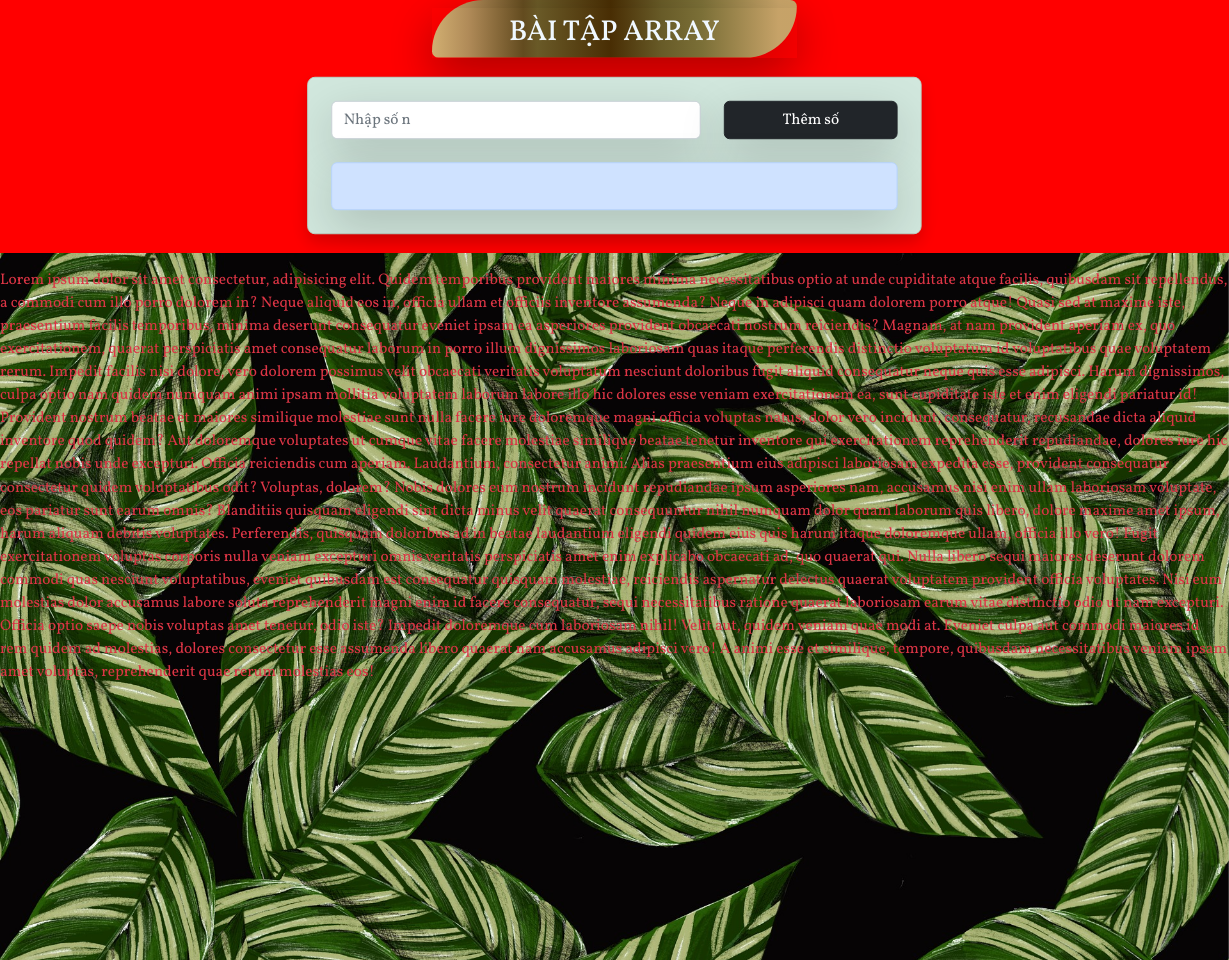
Repository: hcozyph/TranHuuPhuoc_BC43_BT_JS_Buoi7_8_ARRAY
Page: index.html
The author's editor kept a copy of each file at every save. The page is drawn from the files as they stood at one save, then again after the next save.
The browser window is 1280 px wide. The pictures show the whole page, at 96% of full size.

Above is the page before, as saved 2023-02-20 23:03:13.

### index.html
<!DOCTYPE html>
<html lang="en">
    <head>
        <title>BT Array</title>
        <!-- Required meta tags -->
        <meta charset="utf-8" />
        <meta
            name="viewport"
            content="width=device-width, initial-scale=1, shrink-to-fit=no"
        />
        <!-- font -->
        <link rel="preconnect" href="https://fonts.googleapis.com" />
        <link rel="preconnect" href="https://fonts.gstatic.com" crossorigin />
        <link
            href="https://fonts.googleapis.com/css2?family=Fraunces:ital,opsz,wght@0,9..144,600;0,9..144,700;1,9..144,300;1,9..144,400;1,9..144,500;1,9..144,600;1,9..144,700;1,9..144,800&family=Vollkorn:ital,wght@0,400;0,500;0,600;0,700;0,800;0,900;1,400;1,500;1,600;1,700;1,800;1,900&display=swap"
            rel="stylesheet"
        />
        <!-- Bootstrap CSS v5.2.1 -->
        <link
            href="https://cdn.jsdelivr.net/npm/bootstrap@5.2.1/dist/css/bootstrap.min.css"
            rel="stylesheet"
            integrity="sha384-iYQeCzEYFbKjA/T2uDLTpkwGzCiq6soy8tYaI1GyVh/UjpbCx/TYkiZhlZB6+fzT"
            crossorigin="anonymous"
        />

        <!-- index.css -->
        <link rel="stylesheet" href="./css/index.css" />
    </head>

    <body>
        <div class="container">
            <div class="bt-array-top">
                <div class="bt-array-title pt-2 shadow-lg">
                    <h1
                        class="text-center shadow-lg p-2"
                        ;
                        style="font-size: 30px"
                    >
                        BÀI TẬP ARRAY
                    </h1>
                </div>

                <div
                    id="mainArray"
                    class="alert alert-success w-50 text-center d-block rounded-3 shadow p-4"
                    style="margin: 20px auto"
                >
                    <div class="row row-cols-3">
                        <div class="col-8">
                            <input
                                id="user-input"
                                type="number"
                                class="form-control shadow-lg py-2"
                                placeholder="Nhập số n"
                                style="height: 100%"
                            />
                        </div>
                        <div class="col">
                            <button
                                id="user-btn"
                                class="btn btn-dark shadow-lg"
                                style="height: 100%; width: 100%"
                            >
                                Thêm số
                            </button>
                        </div>
                    </div>

                    <div class="row mt-4">
                        <div class="col">
                            <div
                                id="user-array"
                                class="alert alert-primary shadow-lg m-0 p-4"
                            ></div>
                        </div>
                    </div>
                </div>
            </div>

            <div class="bt-array-content">
                <div class="text-danger">
                    Lorem ipsum dolor sit amet consectetur, adipisicing elit.
                    Quidem temporibus provident maiores minima necessitatibus
                    optio at unde cupiditate atque facilis, quibusdam sit
                    repellendus, a commodi cum illo porro dolorem in? Neque
                    aliquid eos in, officia ullam et officiis inventore
                    assumenda? Neque in adipisci quam dolorem porro atque! Quasi
                    sed at maxime iste, praesentium facilis temporibus, minima
                    deserunt consequatur eveniet ipsam ea asperiores provident
                    obcaecati nostrum reiciendis? Magnam, at nam provident
                    aperiam ex, quo exercitationem, quaerat perspiciatis amet
                    consequatur laborum in porro illum dignissimos laboriosam
                    quas itaque perferendis distinctio voluptatum id
                    voluptatibus quae voluptatem rerum. Impedit facilis nisi
                    dolore, vero dolorem possimus velit obcaecati veritatis
                    voluptatum nesciunt doloribus fugit aliquid consequatur
                    neque quis esse adipisci. Harum dignissimos, culpa optio nam
                    quidem numquam animi ipsam mollitia voluptatem laborum
                    labore illo hic dolores esse veniam exercitationem ea, sunt
                    cupiditate iste et enim eligendi pariatur id! Provident
                    nostrum beatae et maiores similique molestiae sunt nulla
                    facere iure doloremque magni officia voluptas natus, dolor
                    vero incidunt, consequatur, recusandae dicta aliquid
                    inventore quod quidem? Aut doloremque voluptates ut cumque
                    vitae facere molestiae similique beatae tenetur inventore
                    qui exercitationem reprehenderit repudiandae, dolores iure
                    hic repellat nobis unde excepturi. Officia reiciendis cum
                    aperiam. Laudantium, consectetur animi. Alias praesentium
                    eius adipisci laboriosam expedita esse, provident
                    consequatur consectetur quidem voluptatibus odit? Voluptas,
                    dolorem? Nobis dolores eum nostrum incidunt repudiandae
                    ipsum asperiores nam, accusamus nisi enim ullam laboriosam
                    voluptate, eos pariatur sunt earum omnis? Blanditiis
                    quisquam eligendi sint dicta minus velit quaerat
                    consequuntur nihil numquam dolor quam laborum quis libero,
                    dolore maxime amet ipsum, harum aliquam debitis voluptates.
                    Perferendis, quisquam doloribus ad in beatae laudantium
                    eligendi quidem eius quis harum itaque doloremque ullam,
                    officia illo vero! Fugit exercitationem voluptas corporis
                    nulla veniam excepturi omnis veritatis perspiciatis amet
                    enim explicabo obcaecati ad, quo quaerat qui. Nulla libero
                    sequi maiores deserunt dolorem commodi quas nesciunt
                    voluptatibus, eveniet quibusdam est consequatur quisquam
                    molestiae, reiciendis aspernatur delectus quaerat voluptatem
                    provident officia voluptates. Nisi eum molestias dolor
                    accusamus labore soluta reprehenderit magni enim id facere
                    consequatur, sequi necessitatibus ratione quaerat laboriosam
                    earum vitae distinctio odio ut nam excepturi. Officia optio
                    saepe nobis voluptas amet tenetur, odio iste? Impedit
                    doloremque cum laboriosam nihil! Velit aut, quidem veniam
                    quae modi at. Eveniet culpa aut commodi maiores id rem
                    quidem ad molestias, dolores consectetur esse assumenda
                    libero quaerat nam accusamus adipisci vero! A animi esse et
                    similique, tempore, quibusdam necessitatibus veniam ipsam
                    amet voluptas, reprehenderit quae rerum molestias eos!
                </div>
                <div class="bt1"></div>
            </div>
        </div>

        <!-- Bootstrap JavaScript Libraries -->
        <script
            src="https://cdn.jsdelivr.net/npm/@popperjs/core@2.11.6/dist/umd/popper.min.js"
            integrity="sha384-oBqDVmMz9ATKxIep9tiCxS/Z9fNfEXiDAYTujMAeBAsjFuCZSmKbSSUnQlmh/jp3"
            crossorigin="anonymous"
        ></script>

        <script
            src="https://cdn.jsdelivr.net/npm/bootstrap@5.2.1/dist/js/bootstrap.min.js"
            integrity="sha384-7VPbUDkoPSGFnVtYi0QogXtr74QeVeeIs99Qfg5YCF+TidwNdjvaKZX19NZ/e6oz"
            crossorigin="anonymous"
        ></script>

        <!-- method.js -->
        <link rel="stylesheet" href="./js/method.js" />

        <!-- index.js -->
        <script src="./js/index.js"></script>
    </body>
</html>

### css/index.css
* {
    margin: 0;
    padding: 0;
    box-sizing: border-box;
    font-family: "Fraunces", serif;
    font-family: "Vollkorn", serif;
}

.container {
    margin: 0 auto;
    max-width: 1440px;
    overflow: hidden;
    padding: 0;

    background-image: url(../img/2.jpg);
    background-size: cover;
    background-position: center;
    background-repeat: no-repeat;

    height: 1000px;
    position: relative;
}

.bt-array-title {
    display: block;
    width: 380px;
    margin: 0 auto;
    border-radius: 80px 10px 80px 10px;

    font-size: 40px;
    font-weight: 700;
    /* background-color: red; */
    color: aliceblue;
    background: rgb(156, 173, 110);
    background: linear-gradient(
        90deg,
        rgba(198, 219, 142, 0.8) 0%,
        rgba(156, 173, 110, 0.8) 10%,
        rgba(60, 94, 39, 0.8) 25%,
        rgba(68, 112, 49, 0.8) 29%,
        rgba(27, 57, 5, 0.8) 49%,
        rgba(66, 114, 50, 0.8) 63%,
        rgba(90, 139, 69, 0.8) 74%,
        rgba(184, 203, 130, 0.8) 95%
    );
}

/* .bt-array-content {
} */
.bt-array-top {
    position: fixed;
    width: 100%;
    overflow: hidden;
    background-color: red;
    margin-top: 0;
}

.bt-array-content {
    padding-top: 280px;
}

Loaded but not shown: js/index.js (no copy from this time; the picture is the same without it); js/method.js (no stored copy; drawn as an empty file)

After the next save:
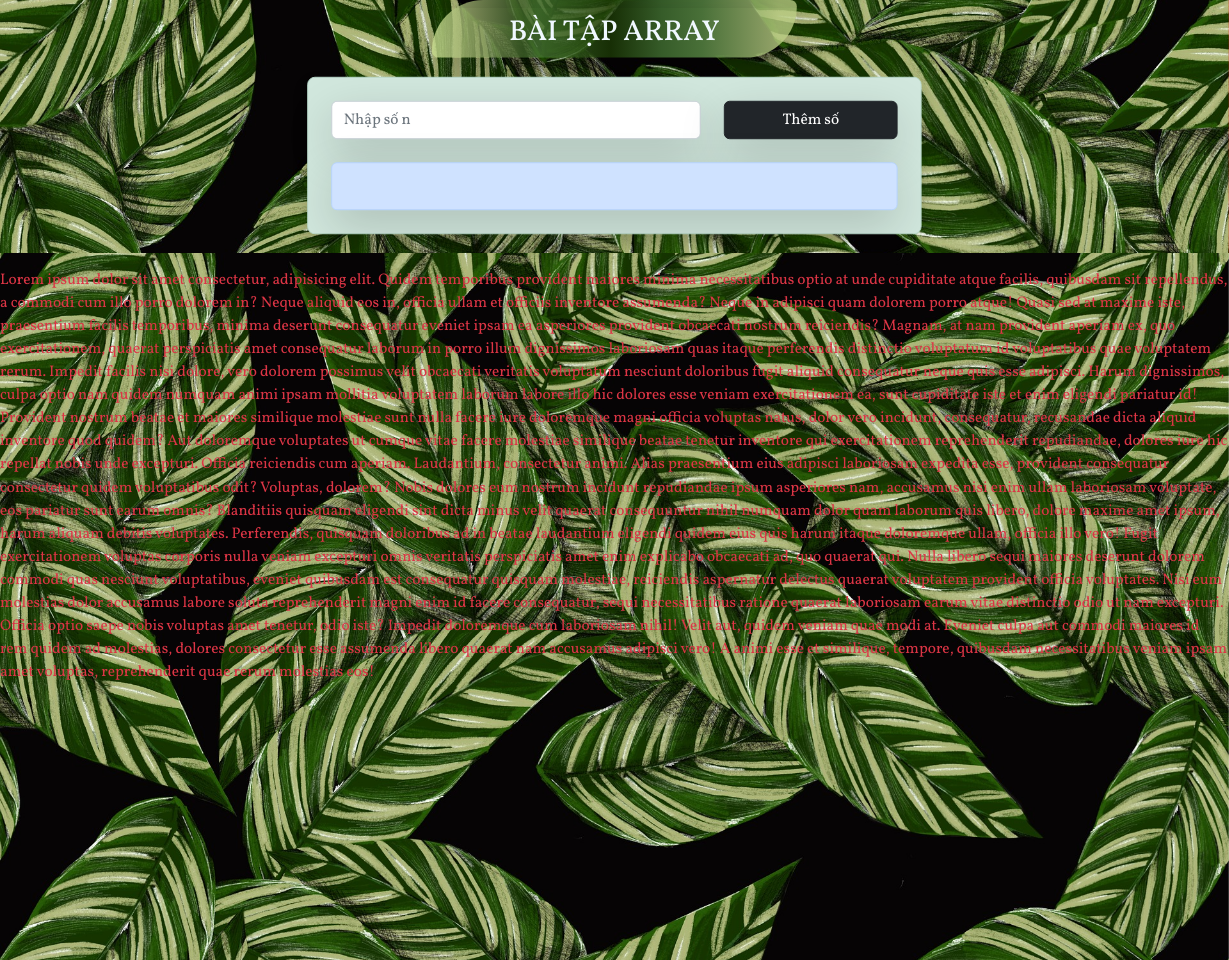
Saved 30 s later.
--- a/css/index.css
+++ b/css/index.css
@@ -53,6 +53,11 @@
     overflow: hidden;
     background-color: red;
     margin-top: 0;
+
+    background-image: url(../img/2.jpg);
+    background-size: cover;
+    background-position: center;
+    background-repeat: no-repeat;
 }
 
 .bt-array-content {
